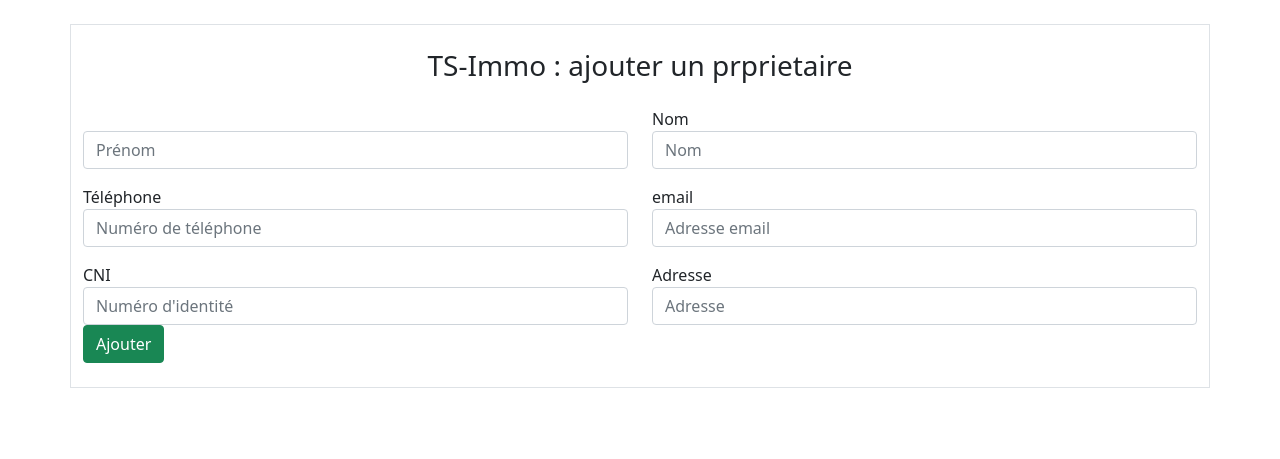
Repository: saliou-t/TS-IMMO
Page: http://localhost/src/views/proprietaire/new.html.php
An editor plug-in stored every save of this project. The page is shown before and after the next save, followed by the edit.
The browser window is 1280 px wide. The pictures show the whole page.
The page is run by PHP 8.4 with error messages shown; the project is at /var/www/html/.

Above is the page before, as saved 2022-04-03 14:39:11.

### src/views/proprietaire/new.html.php
<!DOCTYPE html>
<html lang="en">
<head>
    <meta charset="UTF-8">
    <meta http-equiv="X-UA-Compatible" content="IE=edge">
    <meta name="viewport" content="width=device-width, initial-scale=1.0">
    <link href="https://cdn.jsdelivr.net/npm/bootstrap@5.1.3/dist/css/bootstrap.min.css" rel="stylesheet" integrity="sha384-1BmE4kWBq78iYhFldvKuhfTAU6auU8tT94WrHftjDbrCEXSU1oBoqyl2QvZ6jIW3" crossorigin="anonymous">
    <title>Ajouter Proprietaire</title>

</head>
<body>

<div class="container jumbotron">
    <div class="row border py-4 my-4">
        <h3 class="text-center ">TS-Immo : ajouter un prprietaire</h3>
        <form action="" methode="POST">
            <div class="row my-3">
                <div class="col">
                    <label for="Prénom"></label>
                    <input class="form-control" name ="prenom" type="text" placeholder="Prénom">
                </div>
                <div class="col">
                    <label for="nom">Nom</label>
                    <input class="form-control" name="nom" type="text" placeholder="Nom">
                </div>
            </div>
            <div class="row my-3">
                <div class="col">
                    <label for="telephone">Téléphone</label>
                    <input class="form-control" name="telephone" type="text" placeholder="Numéro de téléphone">
                </div>
                <div class="col">
                    <label for="email">email</label>
                    <input class="form-control" name="email" type="text" placeholder="Adresse email">
                </div>
            </div>
            <div class="row">
                <div class="col">
                    <label for="cni">CNI</label>
                    <input class="form-control" name="CNI" type="text" placeholder="Numéro d'identité">
                </div>
                <div class="col">
                    <label for="adresse">Adresse</label>
                    <input class="form-control" name="adresse" type="text" placeholder="Adresse">
                </div>
            </div>
            <div class="row my">
                <div class="col">
                    <div class="btn btn-success">Ajouter</div>
                </div>
            </div>
        </form>
    </div>
</div>
</body>
</html>

After the next save:
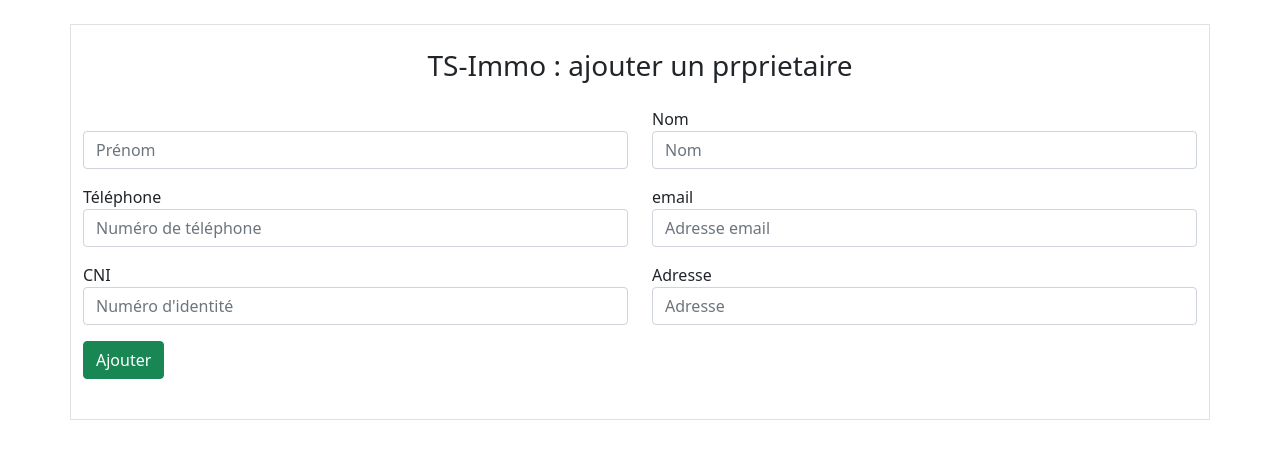
Saved 5 s later.
--- a/src/views/proprietaire/new.html.php
+++ b/src/views/proprietaire/new.html.php
@@ -44,7 +44,7 @@
                     <input class="form-control" name="adresse" type="text" placeholder="Adresse">
                 </div>
             </div>
-            <div class="row my">
+            <div class="row my-3">
                 <div class="col">
                     <div class="btn btn-success">Ajouter</div>
                 </div>
